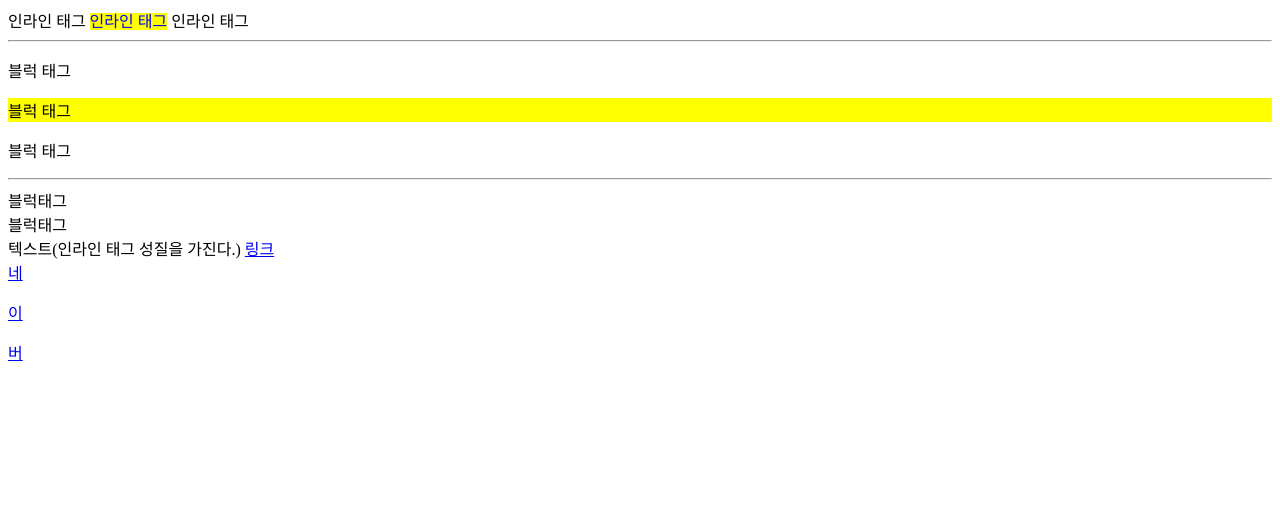
Repository: zzzzzzin/Client
Page: ClientTest/src/main/webapp/html/ex13_tag.html
These files come from the project's save history. The page is drawn as it stood at one moment and after the next save; the edit follows.
The browser window is 1280 px wide. The pictures show the whole page.

Above is the page before, as saved 2024-03-13 05:06:26.

### ClientTest/src/main/webapp/html/ex13_tag.html
<!DOCTYPE html>
<html>
<head>
<meta charset="EUC-KR">
<title>ex13_tag</title>
</head>
<body>
	<!--
		***** 반드시 기억하고 정리하기

		인라인 태그 vs 블럭 태그
		- 모든 태그들은 위의 두 분류 중하나에 속한다.
		- 태그가 렌더링(출력)될 때 나타나는 특징에 따른 분류
		- 태그가 화면에 출력되는 모습에 따른 분류

		인라인 태그, Inline Tag
		- 자신의 내용물을 인접한 다른 태그의 내용물과 같은 라인에 출력한다.
		- 영역의 너비는 항상 내용물의 크기와 같다.(*****암기)
		- 영역의 높이는 항상 내용물의 크기와 같다.(*****암기)
		- 출력되는 내용물 역할 > 컨텐츠


		블럭 태그, Block Tag
		- 자신의 내용물을 인접한 다른 태그의 내용물과 다른 라인에 출력한다.
		- 영역의 너비는 항상 100%이다.(*****암기)
		- 영역의 높이는 항상 내용물의 크기와 같다.(*****암기)
		- 출력되는 구조 역할(뼈대 역할) > 레이아웃

		태그 중첩 규칙
		1. 블럭 태그는 자식으로 또 다른 블럭 태그를 가질 수 있다.
		2. 블럭 태그는 자식으로 또 다른 인라인 태그를 가질 수 있다.
		3. 인라인 태그는 자식으로 또 다른 인라인 태그를 가질 수 없다.
		4. 인라인 태그는 자식으로 또 다른 블럭 태그를 가질 수 없다. (***암기)

		5. 블럭 태그 중 <p> 태그만은 자식으로 인라인 태그만 가질 수 있다.(***암기)

	-->

	<font>인라인 태그</font>
	<font color="blue" style="background-color: yellow;">인라인 태그</font>
	<font>인라인 태그</font>

	<hr>

	<p>블럭 태그</p>
	<p style="background-color: yellow;">블럭 태그</p>
	<p>블럭 태그</p>

	<hr>
	<!-- division: 영역 > 블럭 -->
	<div>
		블럭태그
		<div>블럭태그</div>
		텍스트(인라인 태그 성질을 가진다.)
		<a href="#">링크</a>
	</div>

	<!-- span: 영역 > 인라인 -->
	<a href="http://naber.com">네<p>이</p>버</a>
	<span>

	</span>























</body>
</html>

After the next save:
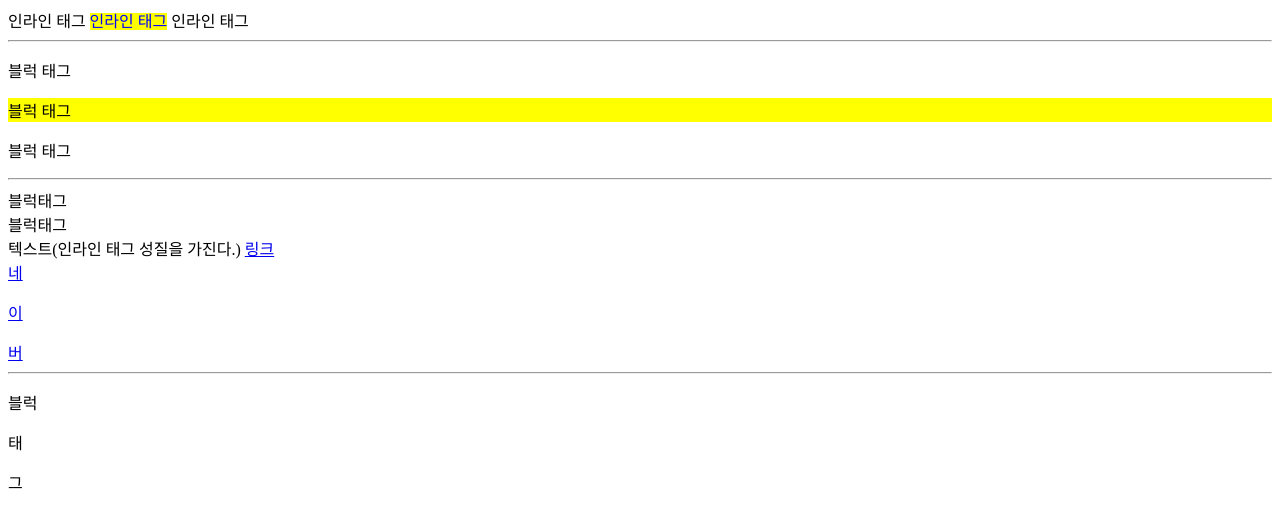
Saved 114 s later.
--- a/ClientTest/src/main/webapp/html/ex13_tag.html
+++ b/ClientTest/src/main/webapp/html/ex13_tag.html
@@ -57,6 +57,10 @@
 
 	<!-- span: 영역 > 인라인 -->
 	<a href="http://naber.com">네<p>이</p>버</a>
+	<hr>
+	<p>
+		블럭 <p>태</p>그
+	</p>
 	<span>
 
 	</span>
